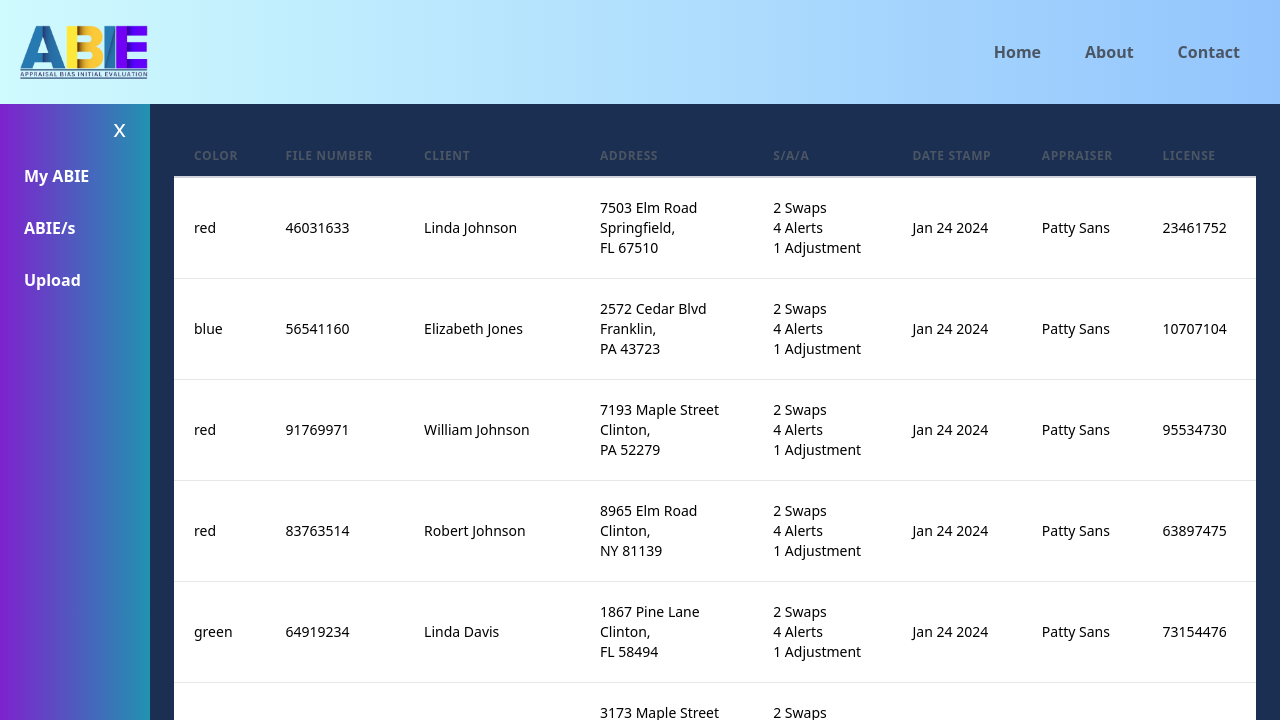
Repository: WafulaLukorito/Abie-frontend
Page: /dashboard
The author's editor kept a copy of each file at every save. The page is drawn from the files as they stood at one save, then again after the next save.
The browser window is 1280 px wide. The pictures show the whole page.
An inner scrolling area shows only its first screen. The project was rebuilt for these pictures with package versions that can differ from the ones it lists, and the page was loaded fresh each time. Also part of the build but not shown: vite.config.js, src/components/Header/Button.jsx, src/components/Header/Links.jsx, src/components/Header/index.jsx, src/pages/Home.jsx, src/pages/About.jsx.

Above is the page before, as saved 2024-01-26 18:25:05.

After the next save:
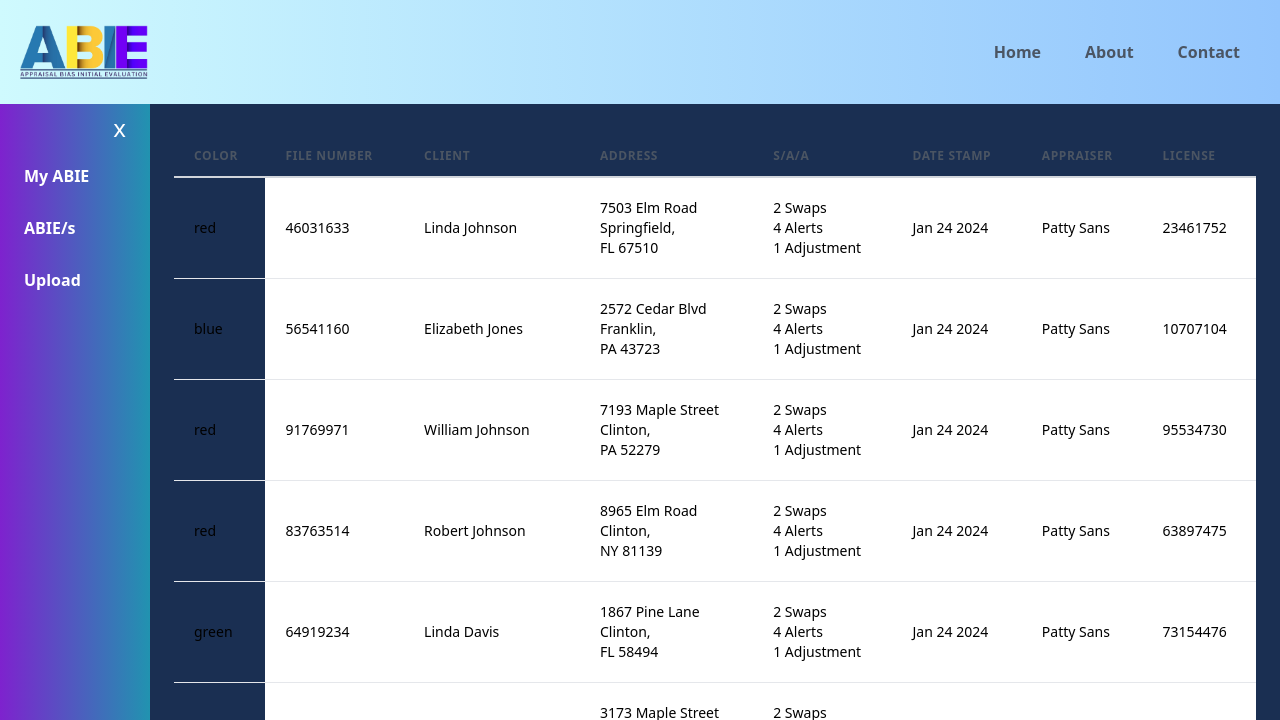
Saved 106 s later.
--- a/src/pages/Dashboard.jsx
+++ b/src/pages/Dashboard.jsx
@@ -35,7 +35,7 @@
                             <tbody>
                                 {mock.map((item, index) => (
                                     <tr key={index} className="hover:bg-gray-700">
-                                        <td className="px-5 py-5 border-b border-gray-200 bg-white text-sm">{item.color}</td>
+                                        <td className="px-5 py-5 border-b border-gray-200 text-sm">{item.color}</td>
                                         <td className="px-5 py-5 border-b border-gray-200 bg-white text-sm">{item.file_num}</td>
                                         <td className="px-5 py-5 border-b border-gray-200 bg-white text-sm">{item.client}</td>
                                         <td className="px-5 py-5 border-b border-gray-200 bg-white text-sm">

After the save that followed:
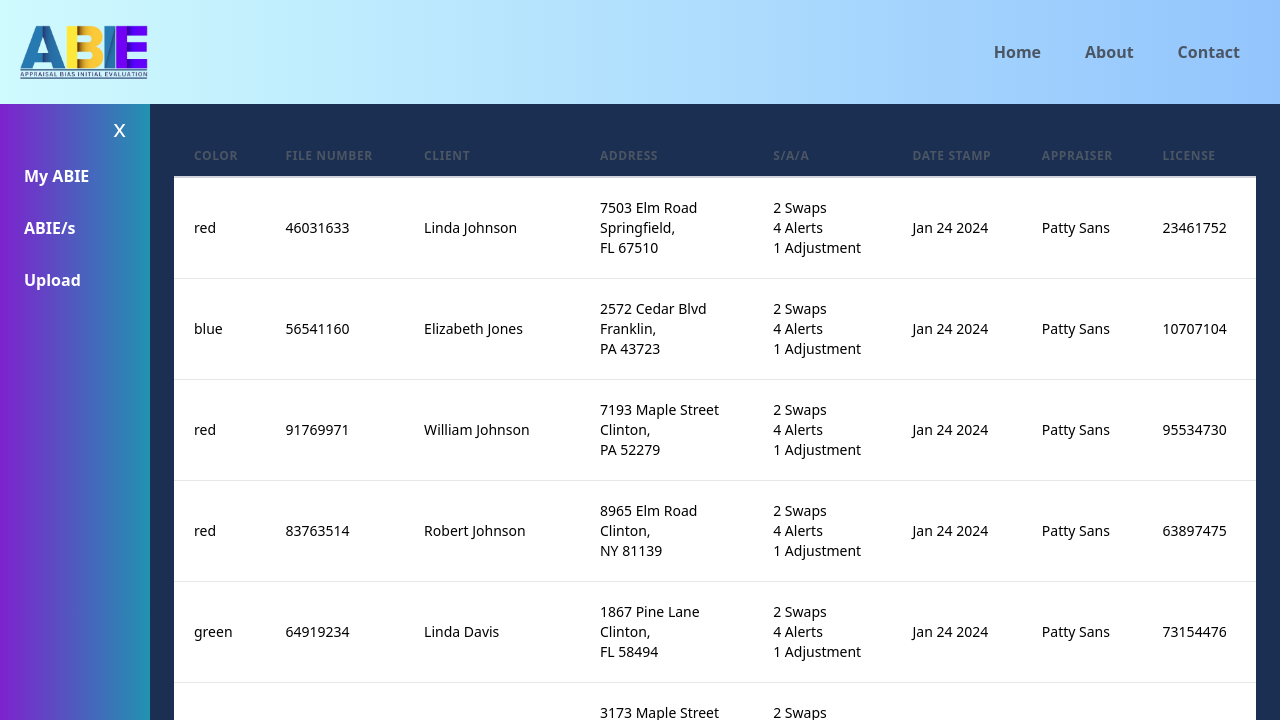
Saved 10 min 24 s later.
--- a/src/pages/Dashboard.jsx
+++ b/src/pages/Dashboard.jsx
@@ -35,7 +35,7 @@
                             <tbody>
                                 {mock.map((item, index) => (
                                     <tr key={index} className="hover:bg-gray-700">
-                                        <td className="px-5 py-5 border-b border-gray-200 text-sm">{item.color}</td>
+                                        <td className="px-5 py-5 border-b border-gray-200 bg-white text-sm">{item.color}</td>
                                         <td className="px-5 py-5 border-b border-gray-200 bg-white text-sm">{item.file_num}</td>
                                         <td className="px-5 py-5 border-b border-gray-200 bg-white text-sm">{item.client}</td>
                                         <td className="px-5 py-5 border-b border-gray-200 bg-white text-sm">
